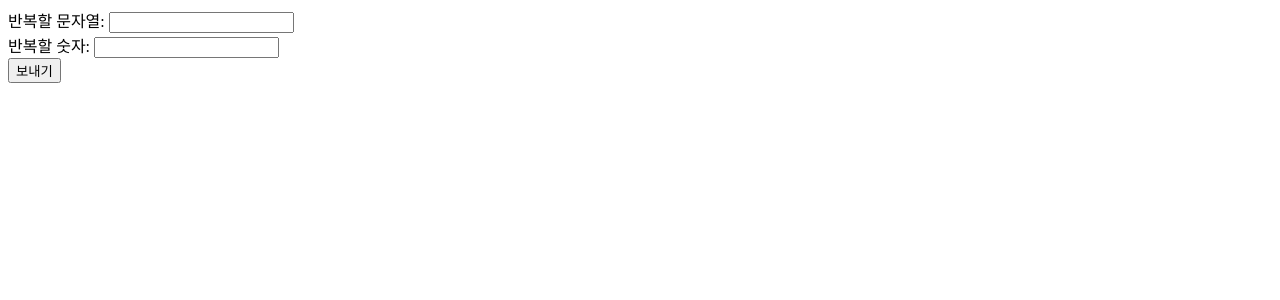
Repository: i-kemen/jsp
Page: WebTest/src/main/webapp/WEB-INF/responseobj.html
The author's editor kept a copy of each file at every save. The page is drawn from the files as they stood at one save, then again after the next save.
The browser window is 1280 px wide. The pictures show the whole page.

Above is the page before, as saved 2023-06-21 02:29:06.

After the next save:
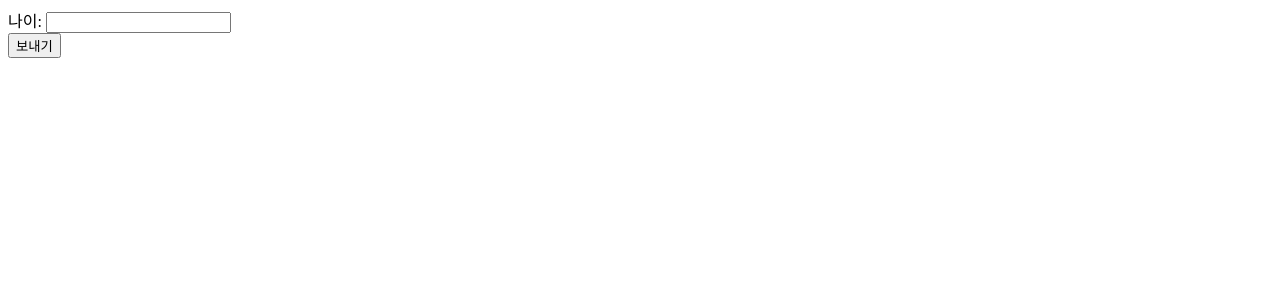
Saved 20 s later.
--- a/WebTest/src/main/webapp/WEB-INF/responseobj.html
+++ b/WebTest/src/main/webapp/WEB-INF/responseobj.html
@@ -7,8 +7,7 @@
 <body>
 <body>
     <form method="post" action="responseObj.jsp">
-        반복할 문자열: <input type="text" name="msg" size="20"><br />
-        반복할 숫자: <input type="text" name="number" size="20" /> <br />
+      나이: <input type="text" name="number" size="20" /> <br />
         <input type="submit" value="보내기" />
     </form>
 </body>
